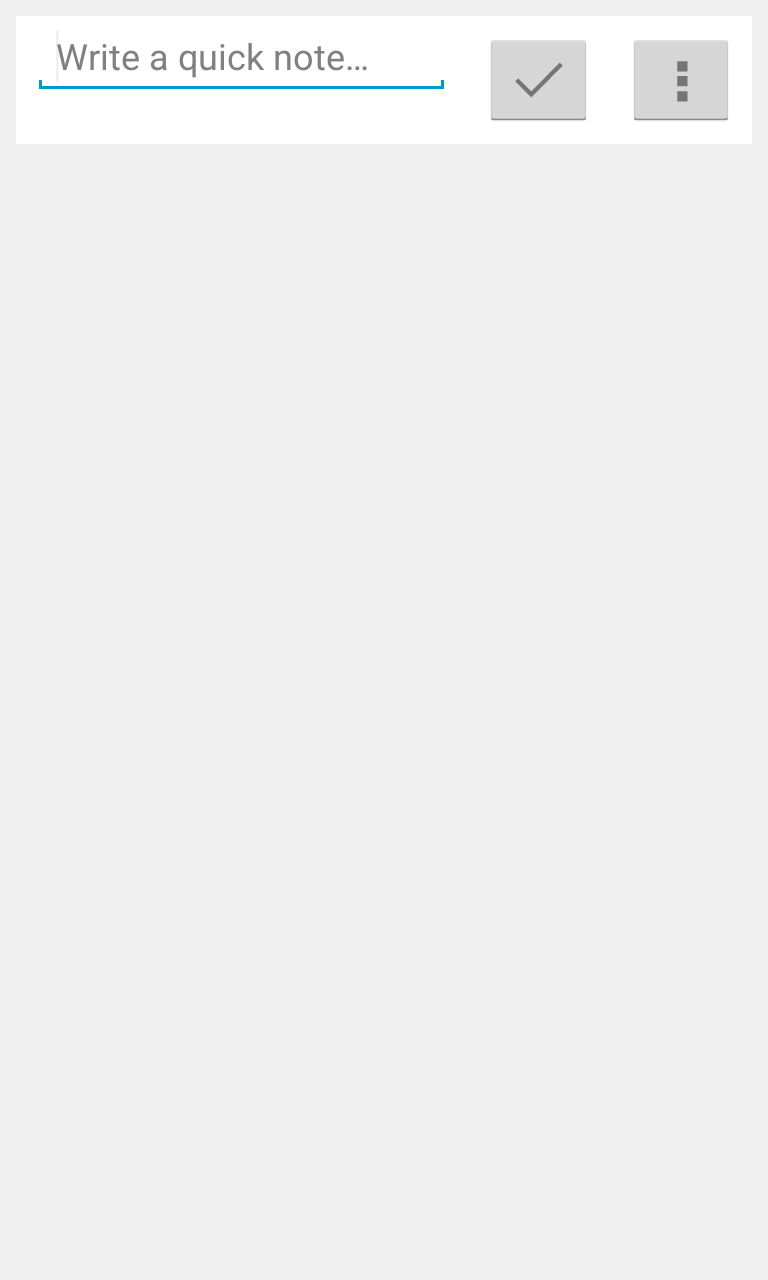
Repository: IrisAmp/fuzzy-octo-cmput301-proj
Layout: 301NotePrime/res/layout/activity_main.xml
An editor plug-in stored every save of this project. The layout is shown before and after the next save, followed by the edit.
It is drawn on a 768 x 1280 px phone screen (xhdpi) without system bars, with theme AppTheme; the app's code is not run. Lists and similar views that code fills are empty.

Above is the layout before, as saved 2014-09-17 15:06:18.

### 301NotePrime/res/layout/activity_main.xml
<RelativeLayout xmlns:android="http://schemas.android.com/apk/res/android"
    xmlns:tools="http://schemas.android.com/tools"
    android:background="@color/default_bg"
    android:layout_width="match_parent"
    android:layout_height="match_parent"
    android:padding="@dimen/activity_vertical_less_margin"
    tools:context=".MainActivity" >

    <LinearLayout
        android:background="@color/default_highlight"
        android:id="@+id/linearLayout1"
        android:layout_width="wrap_content"
        android:layout_height="wrap_content"
        android:layout_alignParentLeft="true"
        android:layout_alignParentRight="true"
        android:layout_alignParentTop="true" >

        <EditText
            android:ems="10"
            android:hint="@string/quick_note_hint"
            android:id="@+id/editText1"
            android:inputType="textMultiLine"
            android:layout_width="wrap_content"
            android:layout_height="wrap_content"
            android:layout_weight="1"
            android:layout_gravity="bottom"
            android:layout_margin="@dimen/activity_vertical_less_margin" >

            <requestFocus />

        </EditText>

        <ImageButton
            android:contentDescription="@string/accessibility_accept_button"
            android:id="@+id/button1"
            android:layout_width="wrap_content"
            android:layout_height="wrap_content"
            android:layout_weight="1"
            android:layout_gravity="bottom"
            android:layout_margin="@dimen/activity_vertical_less_margin"
            android:src="@drawable/ic_action_accept" />

        <ImageButton
            android:contentDescription="@string/accessibility_overflow_button"
            android:id="@+id/button2"
            android:layout_width="wrap_content"
            android:layout_height="wrap_content"
            android:layout_weight="1"
            android:layout_gravity="bottom"
            android:layout_margin="@dimen/activity_vertical_less_margin"
            android:src="@drawable/ic_action_overflow" />

    </LinearLayout>

    <ListView
        android:id="@+id/listView1"
        android:layout_width="match_parent"
        android:layout_height="wrap_content"
        android:layout_below="@+id/linearLayout1"
        android:layout_centerHorizontal="true"
        android:layout_marginTop="22dp" >
    </ListView>

</RelativeLayout>

### 301NotePrime/res/values/colors.xml
<?xml version="1.0" encoding="utf-8"?>
<resources>

    <color name="default_bg"        >#FFF0F0F0</color>
    <color name="default_highlight" >#FFFFFFFF</color>

</resources>

### 301NotePrime/res/values/strings.xml
<?xml version="1.0" encoding="utf-8"?>
<resources>

    <string name="app_name">byue301NotePrime</string>
    <string name="action_settings">Settings</string>
    <string name="hello_world">Hello world!</string>

    <string name="quick_note_hint">Write a quick note&#8230;</string>

    <string name="accessibility_accept_button">Accept</string>
    <string name="accessibility_overflow_button">More</string>

</resources>

Loaded but not shown: 301NotePrime/res/values/styles.xml (common file); 301NotePrime/res/values-v11/styles.xml (common file); 301NotePrime/res/values-v14/styles.xml (common file); 301NotePrime/res/values/dimens.xml (common file)

After the next save:
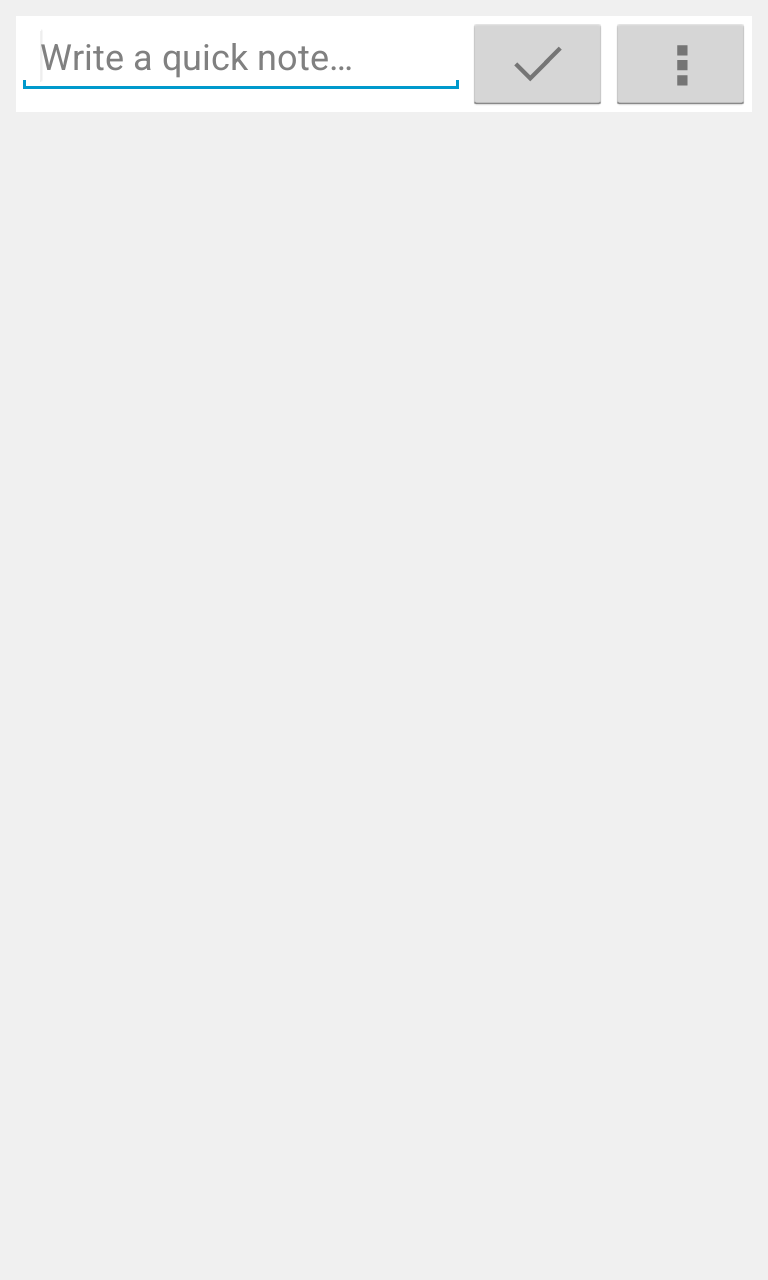
Saved 28 s later.
--- a/301NotePrime/res/layout/activity_main.xml
+++ b/301NotePrime/res/layout/activity_main.xml
@@ -24,7 +24,7 @@
             android:layout_height="wrap_content"
             android:layout_weight="1"
             android:layout_gravity="bottom"
-            android:layout_margin="@dimen/activity_vertical_less_margin" >
+            android:layout_marginTop="@dimen/activity_vertical_less_margin" >
 
             <requestFocus />
 
@@ -37,7 +37,6 @@
             android:layout_height="wrap_content"
             android:layout_weight="1"
             android:layout_gravity="bottom"
-            android:layout_margin="@dimen/activity_vertical_less_margin"
             android:src="@drawable/ic_action_accept" />
 
         <ImageButton
@@ -47,7 +46,6 @@
             android:layout_height="wrap_content"
             android:layout_weight="1"
             android:layout_gravity="bottom"
-            android:layout_margin="@dimen/activity_vertical_less_margin"
             android:src="@drawable/ic_action_overflow" />
 
     </LinearLayout>
